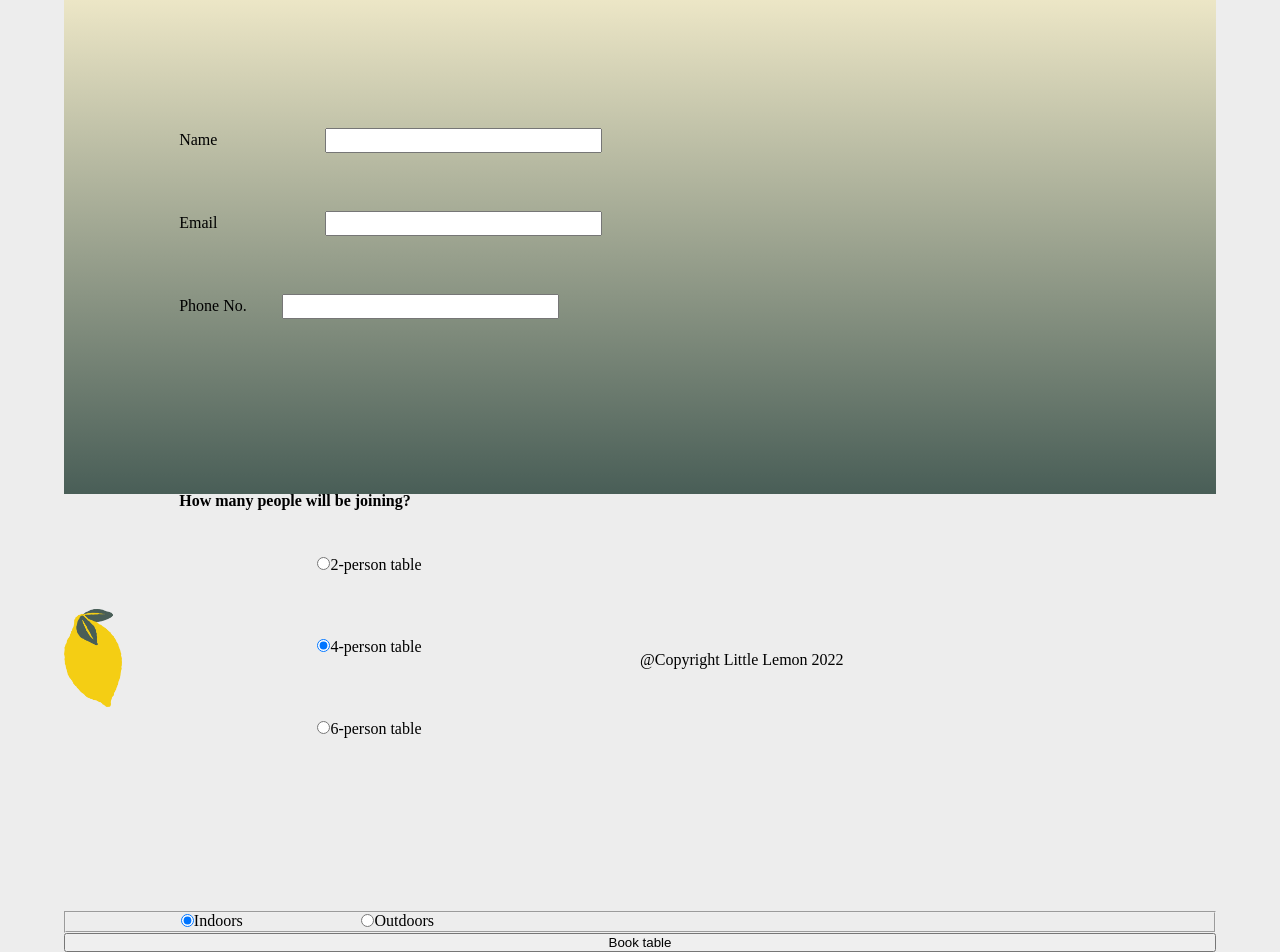
Repository: klone007/littleLemon
Page: index.html
These files come from the project's save history. The page is drawn as it stood at one moment and after the next save; the edit follows.
The browser window is 1280 px wide. The pictures show the part of the page from y = 3473 to 4425 px (the page is 4425 px tall).
A picture or video elsewhere on the page could not be fetched, so the positions and the page height are approximate. Backgrounds fixed to the window are drawn as part of the page.

Above is the page before, as saved 2022-11-17 13:34:46.

After the next save:
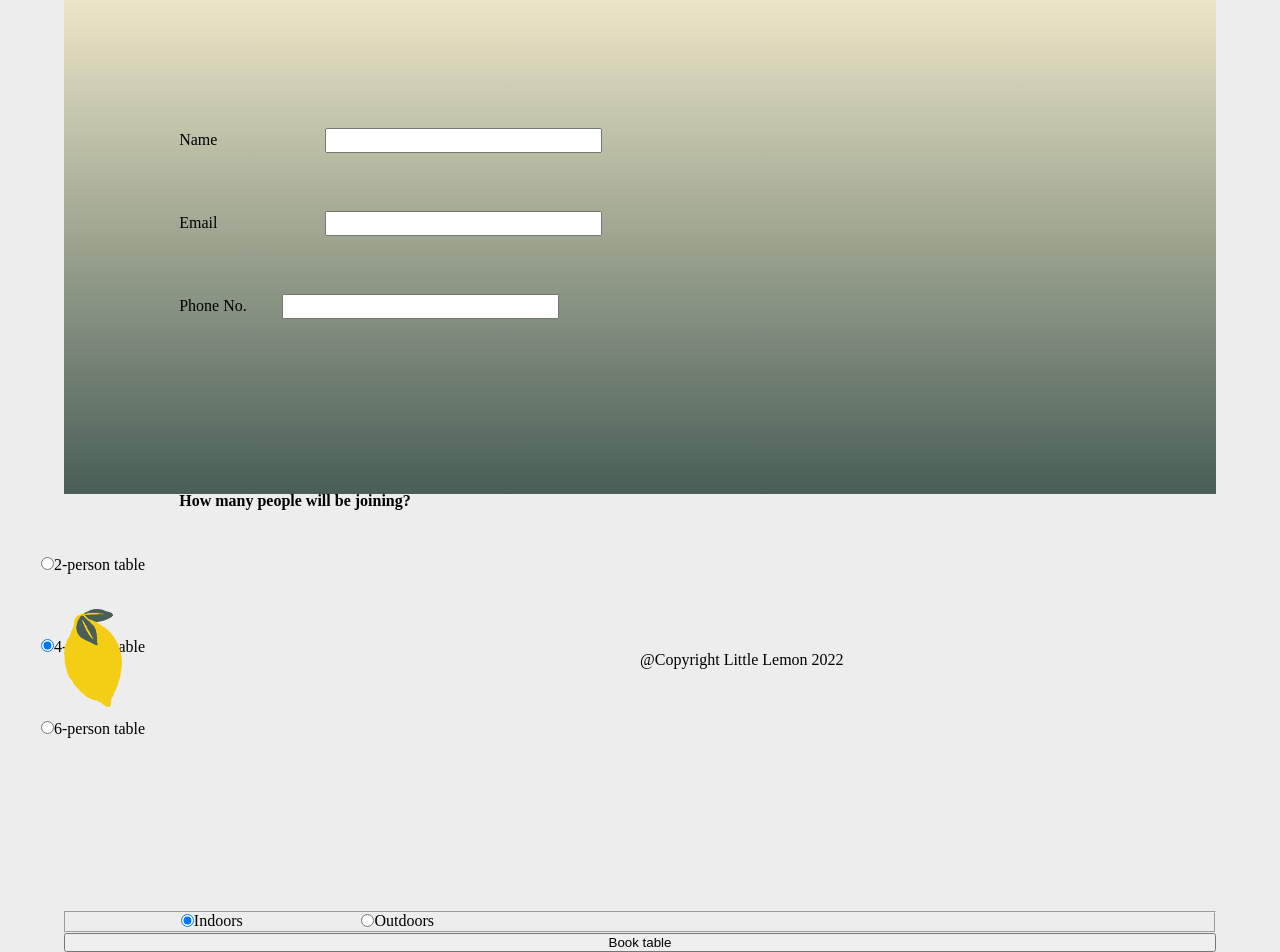
Saved 10 s later.
--- a/styles.css
+++ b/styles.css
@@ -515,7 +515,7 @@
 }
 
 input[name=size] {
-    margin-left:15%;
+    margin-left:-15%;
 }
 
 #user_Name{
